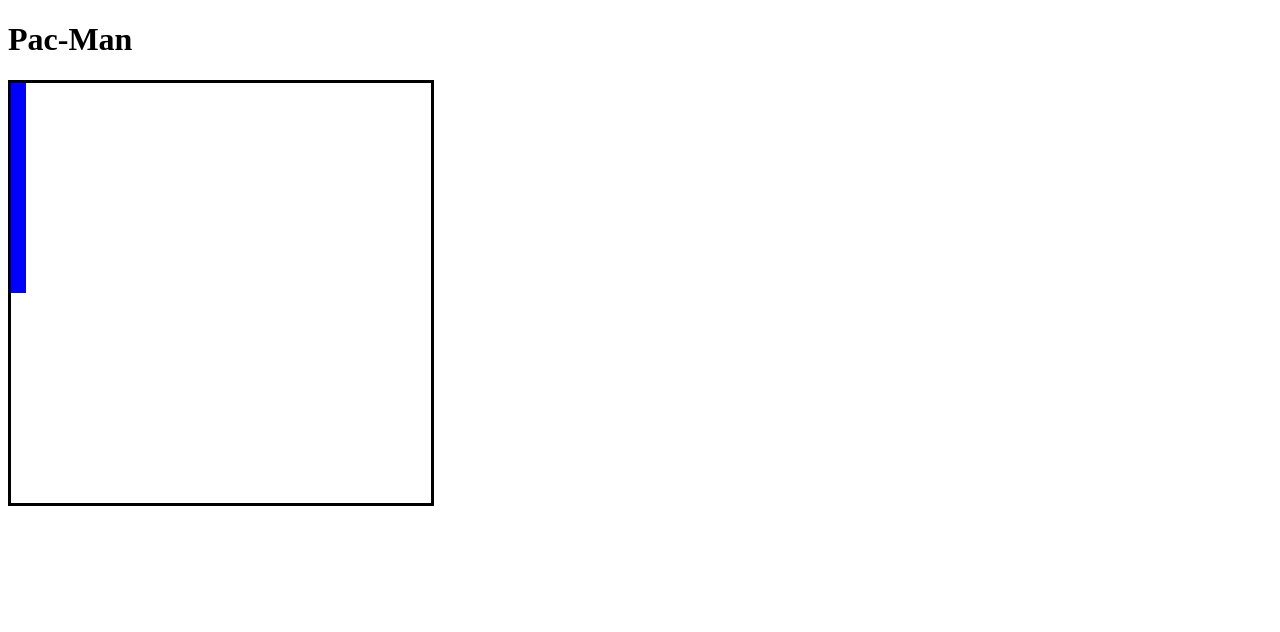
Repository: Bartolomeuss/Pac-man-in-JavaScript
Page: index.html
An editor plug-in stored every save of this project. The page is shown before and after the next save, followed by the edit.
The browser window is 1280 px wide. The pictures show the whole page.

Above is the page before, as saved 2020-12-28 20:34:55.

### index.html
<!DOCTYPE html>
<html lang="en">
<head>
    <meta charset="UTF-8">
    <meta name="viewport" content="width=device-width, initial-scale=1.0">
    <link rel="stylesheet" href="/CSS/style.css">
    <title>Pac-Man</title>
</head>
<body>
    <h1>Pac-Man</h1>
    <div class="grid">
    <div></div>
    <div></div>
    <div></div>
    <div></div>
    <div></div>
    <div></div>
    <div></div>
    <div></div>
    <div></div>
    <div></div>
    <div></div>
    <div></div>
    <div></div>
    <div></div>

    </div>
    <script src="main.js"></script>
</body>
</html>

### CSS/style.css
html,
body {
  margin: 10;
  padding: 10;
}

.grid {
  width: 420px;
  height: 420px;
  border: solid 3px black;
}

.grid div {
  width: 15px;
  height: 15px;
  background-color: blue;
  display: flex;
}

Loaded but not shown: main.js (empty)

After the next save:
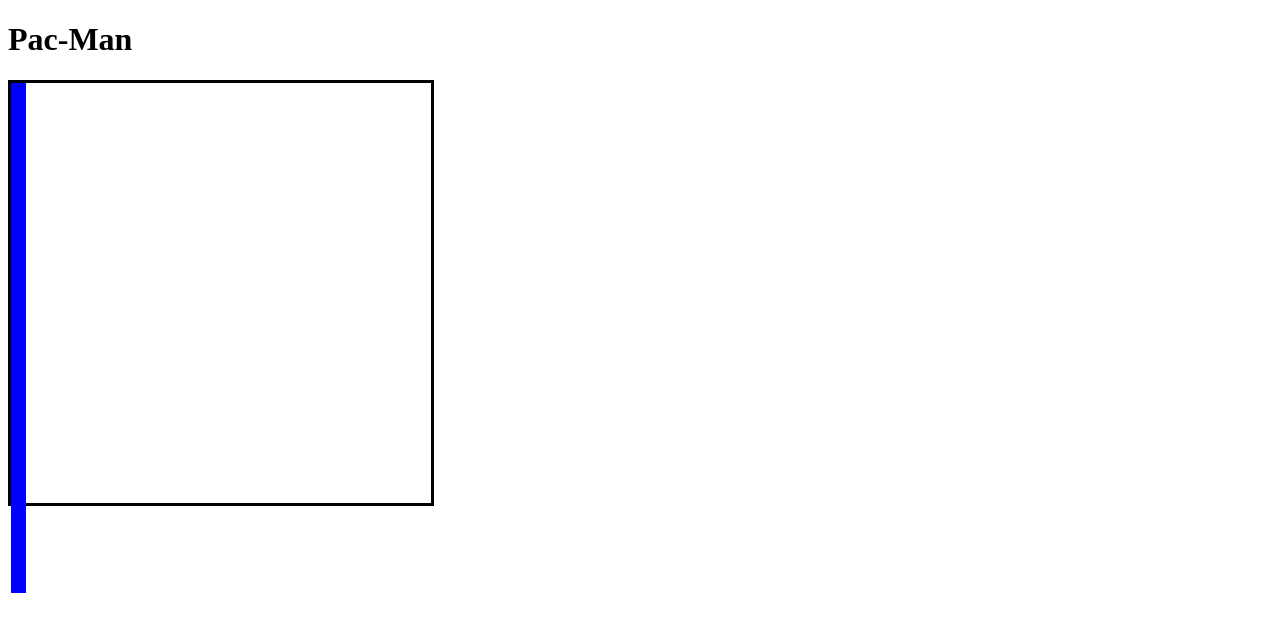
Saved 47 s later.
--- a/index.html
+++ b/index.html
@@ -23,6 +23,26 @@
     <div></div>
     <div></div>
     <div></div>
+    <div></div>
+    <div></div>
+    <div></div>
+    <div></div>
+    <div></div>
+    <div></div>
+    <div></div>
+    <div></div>
+    <div></div>
+    <div></div>
+    <div></div>
+    <div></div>
+    <div></div>
+    <div></div>
+    <div></div>
+    <div></div>
+    <div></div>
+    <div></div>
+    <div></div>
+    <div></div>
 
     </div>
     <script src="main.js"></script>
